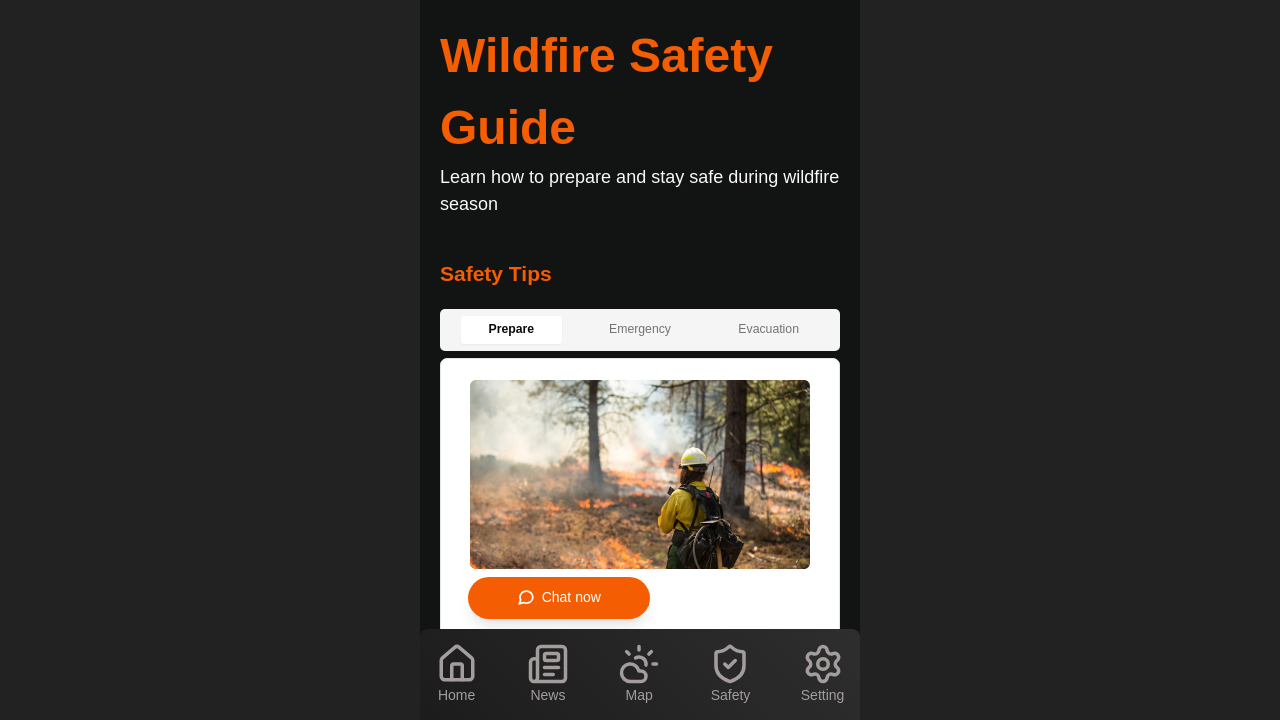
Repository: BCITKevin/Flare_IDSP
Page: /safety
An editor plug-in stored every save of this project. The page is shown before and after the next save, followed by the edit.
The browser window is 1280 px wide. The pictures show the whole page.
An inner scrolling area shows only its first screen. Some web fonts or font styles are not loaded; a fallback is used. The project was rebuilt for these pictures with package versions that can differ from the ones it lists, and the page was loaded fresh each time. The framework's server and built-in components were replaced by stand-ins that run in the browser. Also part of the build but not shown: next.config.js, next.config.mjs.

Above is the page before, as saved 2024-11-30 07:09:27.

After the next save:
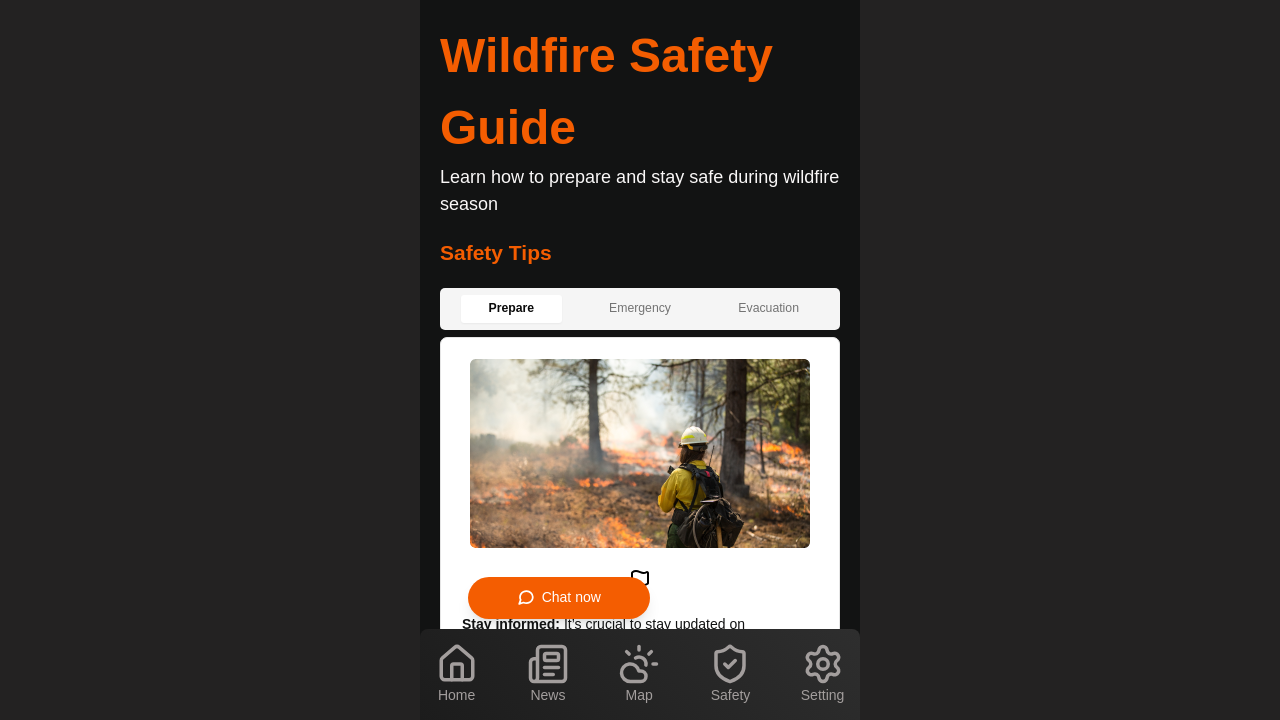
Saved 27 s later.
--- a/src/app/safety/page.tsx
+++ b/src/app/safety/page.tsx
@@ -155,7 +155,7 @@ export default function Safety() {
     return (
         <body className="min-h-screen overflow-y-auto">
             <div className="safetyLayout h-full overflow-y-auto mb-44">
-                <div className={`mb-12 ${styles.safetyHeading}`}>
+                <div className={styles.safetyHeading}>
                     <h1>
                         Wildfire Safety Guide
                     </h1>
